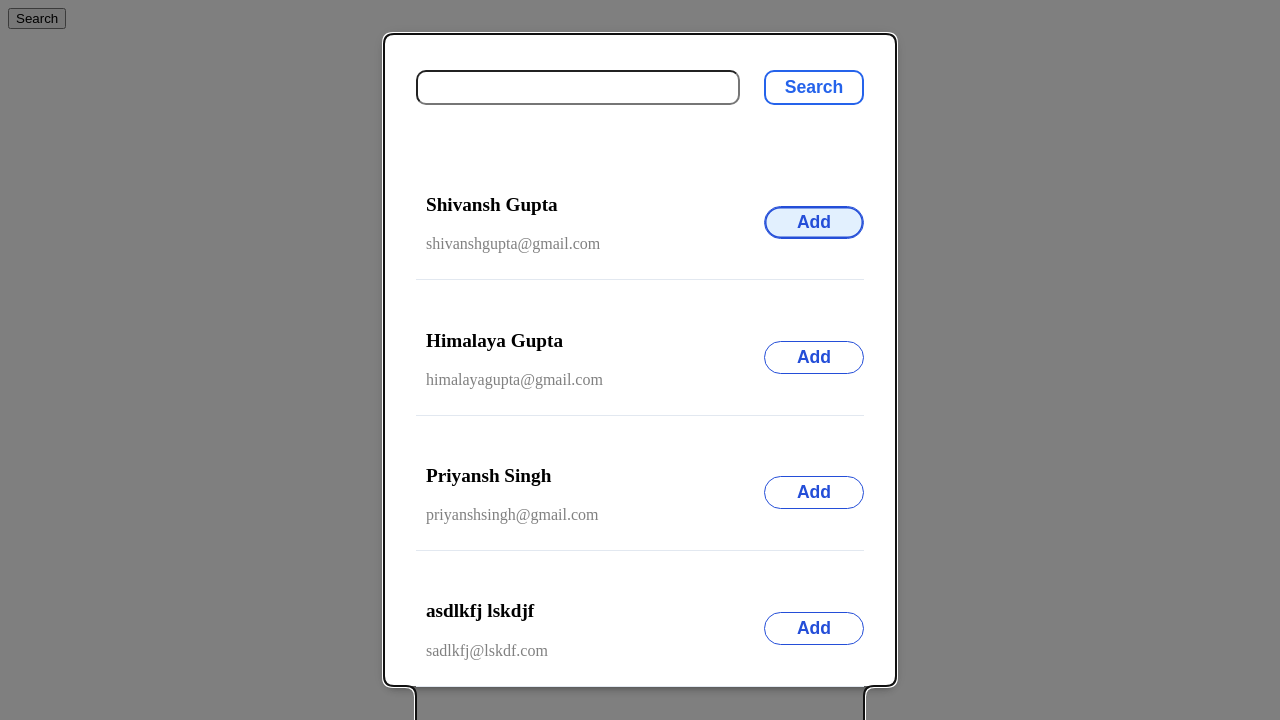
Repository: shiv0403/event-planner
Page: /, after clicking the first element matching `button`
These files come from the project's save history. The page is drawn as it stood at one moment and after the next save; the edit follows.
The browser window is 1280 px wide. The pictures show the whole page.
The pointer rests on the first visible `.sp__add > button`.
The project was rebuilt for these pictures with package versions that can differ from the ones it lists, and the page was loaded fresh each time.

Above is the page before, as saved 2021-07-27 12:09:53.

After the next save:
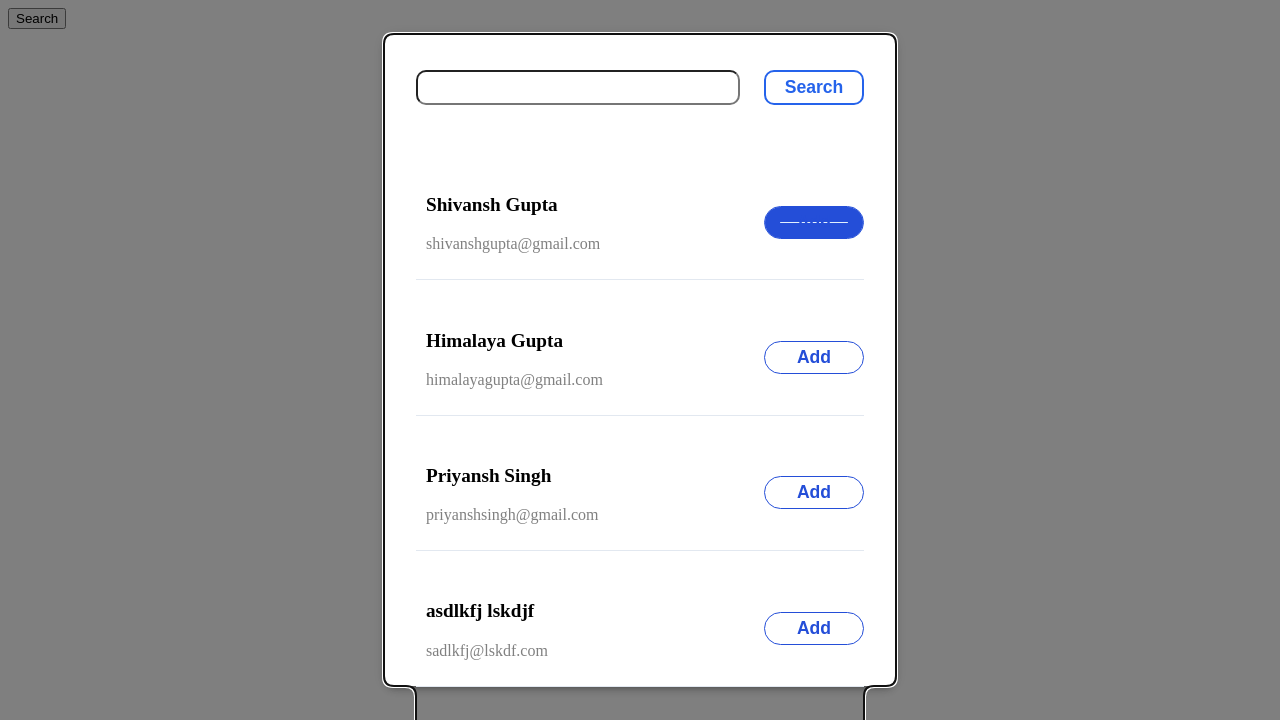
Saved 5 s later.
--- a/src/Components/SearchModal/SearchPerson.css
+++ b/src/Components/SearchModal/SearchPerson.css
@@ -40,7 +40,7 @@
 
 .sp__add > button:hover {
   background-color: rgba(112, 181, 249, 0.2);
-  box-shadow: inset 0 0 0 1.5px #244ed8;
+  box-shadow: inset 0 0 0 15px #244ed8;
   -webkit-transition: all 0.1s;
 }
 

After the save that followed:
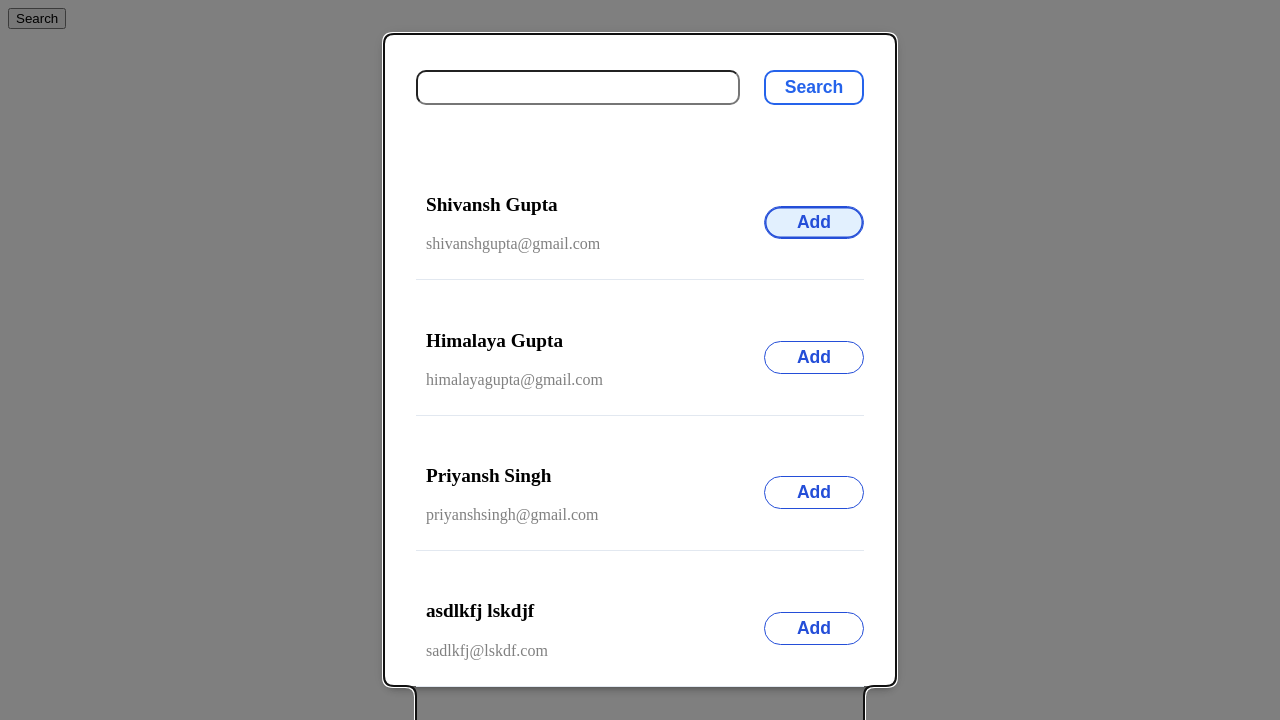
Saved 5 s later.
--- a/src/Components/SearchModal/SearchPerson.css
+++ b/src/Components/SearchModal/SearchPerson.css
@@ -40,7 +40,7 @@
 
 .sp__add > button:hover {
   background-color: rgba(112, 181, 249, 0.2);
-  box-shadow: inset 0 0 0 15px #244ed8;
+  box-shadow: inset 0 0 0 1.5px #244ed8;
   -webkit-transition: all 0.1s;
 }
 
